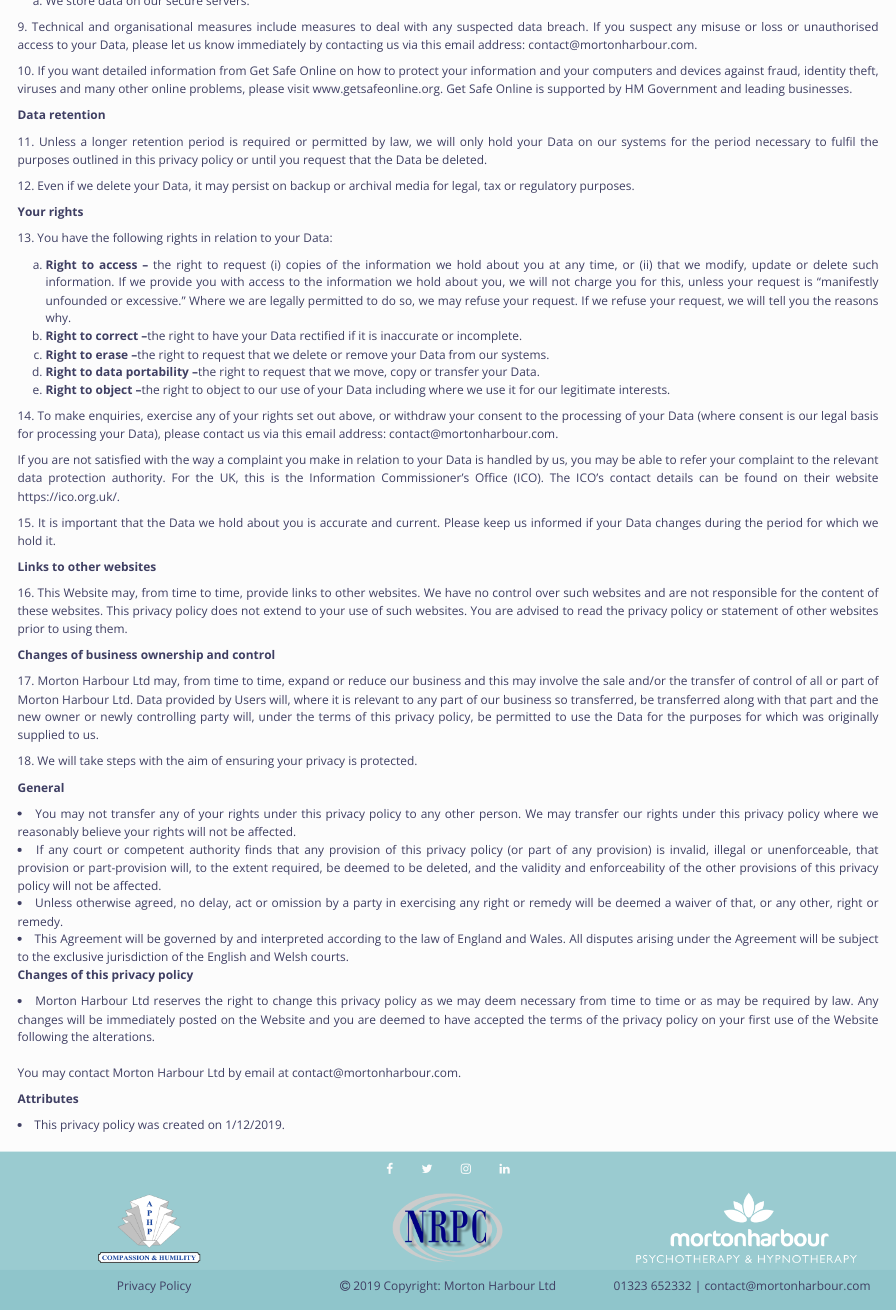
Repository: Code-Institute-Submissions/mortonharbour
Page: privacy_policy.html
The author's editor kept a record of every edit. The page is drawn from the files as they stood at one moment, then again after the next edit.
The browser window is 1280 px wide. The pictures show the part of the page from y = 1773 to 3693 px (the page is 3645 px tall before and 3693 px after), at 70% of full size.
Some web libraries are served in a nearby version.

Above is the page before.

### privacy_policy.html
<!DOCTYPE html>
<html lang="en">

<head>
    <meta charset="UTF-8">
    <meta name="viewport" content="width=device-width, initial-scale=1.0">
    <meta http-equiv="X-UA-Compatible" content="ie=edge">

    <!--Links to Bootstrap, JavaScript and FontAwesome cdn, customer style.css file-->
    <link rel="stylesheet" href="https://stackpath.bootstrapcdn.com/bootstrap/4.4.0/css/bootstrap.min.css" integrity="sha384-SI27wrMjH3ZZ89r4o+fGIJtnzkAnFs3E4qz9DIYioCQ5l9Rd/7UAa8DHcaL8jkWt" crossorigin="anonymous">
    <link rel="stylesheet" href="https://stackpath.bootstrapcdn.com/font-awesome/4.7.0/css/font-awesome.min.css" type="text/css" />
    <script src="https://code.jquery.com/jquery-3.2.1.slim.min.js" integrity="sha384-KJ3o2DKtIkvYIK3UENzmM7KCkRr/rE9/Qpg6aAZGJwFDMVNA/GpGFF93hXpG5KkN" crossorigin="anonymous"></script>
    <script src="https://cdnjs.cloudflare.com/ajax/libs/popper.js/1.11.0/umd/popper.min.js" integrity="sha384-b/U6ypiBEHpOf/4+1nzFpr53nxSS+GLCkfwBdFNTxtclqqenISfwAzpKaMNFNmj4" crossorigin="anonymous"></script>
    <script src="https://maxcdn.bootstrapcdn.com/bootstrap/4.0.0-beta/js/bootstrap.min.js" integrity="sha384-h0AbiXch4ZDo7tp9hKZ4TsHbi047NrKGLO3SEJAg45jXxnGIfYzk4Si90RDIqNm1" crossorigin="anonymous"></script>

    <link rel="stylesheet" href="assets/css/style.css" />

    <title>Privacy Policy</title>
</head>

<body>
    <header>
        <div class="container-fluid">
            <nav class="navbar navbar-expand-lg navbar-light">
                <a href="index.html" class="col-sm-4 logo"><span class="sr-only">Go to our home page</span></a>

                <button class="navbar-toggler" type="button" data-toggle="collapse" data-target="#navbarSupportedContent" aria-controls="navbarSupportedContent" aria-expanded="false" aria-label="Toggle navigation">
            <span class="navbar-toggler-icon"></span>
            </button>
                <div class="collapse navbar-collapse justify-content-end" id="navbarSupportedContent">
                    <ul class="navbar-nav">
                        <li class="nav-item active">
                            <a class="nav-link" href="index.html"><span class="sr-only">Go to our home page</span>Home</a>
                        </li>
                        <li class="nav-item active">
                            <a class="nav-link" href="about_us.html"><span class="sr-only">Learn more about us</span>About Us</a>
                        </li>
                        <li class="nav-item dropdown">
                            <a class="nav-link dropdown-toggle" href="therapy.html" id="navbarDropdown" role="button" data-toggle="dropdown" aria-haspopup="true" aria-expanded="false">
                          Therapy
                        </a>
                            <div class="dropdown-menu" aria-labelledby="navbarDropdown">
                                <a class="dropdown-item" href="psychotherapy.html"><span class="sr-only">Find out about psychotherapy we offer</span>Psychotherapy</a>
                                <a class="dropdown-item" href="hypnotherapy.html"><span class="sr-only">Find out about hypnotherapy we offer</span>Hypnotherapy</a>
                                <a class="dropdown-item" href="emergency_therapy.html"><span class="sr-only">Find out about the emergency appointments we can offer</span>Emergency Appointments</a>
                            </div>
                        </li>
                        <li class="nav-item active">
                            <a class="nav-link" href="testimonials.html"><span class="sr-only">Find out what our clients say</span>Testimonials</a>
                        </li>
                        <li class="nav-item active">
                            <a class="nav-link" href="1-in-4_blog.html"><span class="sr-only">1 in 4 Blog</span>1 in 4 Blog</a>
                        </li>
                        <li class="nav-item active">
                            <a class="nav-link" href="contact.html"><span class="sr-only">Contact Us</span>Contact</a>
                        </li>
                    </ul>
                </div>
                <span id="header-mobile"><a href="tel:#"><i class="fa fa-mobile" aria-hidden="true"></i>
                <span class="sr-only">Call us</span>07968 114 196</a>
                </span>
            </nav>
        </div>
    </header>

    <!--Privacy policy-->

    <section id="privacy-policy-wording">
        <h2>Privacy Policy</h2>
        <p>This privacy applies between you, the User of this Website and Morton Harbour Ltd, the owner and provider of this Website. Morton Harbour Ltd takes the privacy of your information very seriously. This privacy policy applies to our use of any and
            all Data collected by us or provided by you in relation to your use of the Website.</p>
        <p><small><b>Please read this privacy policy carefully.</b></small></p>
        <h4><b>Definitions and interpretation</b></h4>
        <p>1. In this privacy policy, the following definitions are used:</p>
        <table class="privacy-table">
            <tr>
                <td class="privacy-data">Data</td>
                <td class="privacy-data">Collectively all information that you submit to Morton Harbour Ltd via the Website. This definition incorporates, where applicable, the definitions provided in the Data Protection Laws;</td>
            </tr>
            <tr>
                <td class="privacy-data">Data Protection Laws</td>
                <td class="privacy-data">Any applicable law relating to the processing of personal Data, including but not limited to the Directive 96/46/EC (Data Protection Directive) or GDPR, and any national implementing laws, regulations and secondary legislation, for as
                    long as the GDPR is effective in the UK;</td>
            </tr>
            <tr>
                <td class="privacy-data">GDPR</td>
                <td class="privacy-data">The General Data Protection Regulation (EU) 2016/679;</td>
            </tr>
            <tr>
                <td class="privacy-data">We or us</td>
                <td class="privacy-data">Morton Harbour Ltd</td>
            </tr>
            <tr>
                <td class="privacy-data">User or you</td>
                <td class="privacy-data">Any third party that accesses the Website and is not either (i) employed by Morton Harbour Ltd and acting in the course of their employment or (ii) engaged as a consultant or otherwise providing services to Morton Harbour Ltd and accessing
                    the Website in connection with the provision of such services; and</td>
            </tr>
            <tr>
                <td class="privacy-data">Website</td>
                <td class="privacy-data">The website that you are currently using, <a href="index.html" class="privacy-policy-links"><span class="sr-only">Go to our home page</span>www.mortonharbour.com</a>, and any sub-domains of this site unless expressly excluded by their
                    own terms and conditions.</td>
            </tr>
        </table>
        <p>2. In this privacy policy, unless the context requires a different interpretation:</p>
        <ol type="a">
            <li>The singular includes the plural and vice versa;</li>
            <li>References to sub-clauses, clauses, schedules or appendices are sub-clauses, clauses, schedules or appendices of this privacy policy;</li>
            <li>A reference to a person includes firms, companies, government entities, trusts and partnerships;</li>
            <li>“including” is understood to mean “including without limitation”;</li>
            <li>Reference to any statutory provision includes any modification or amendment of it;</li>
            <li>The headings and sub-headings do not form part of this privacy policy.</li>
        </ol>
        <p><b>Scope of this privacy policy</b></p>
        <p>3. This privacy policy applies only to the actions of Morton Harbour Ltd, and users with respect to this Website. It does not extend to any websites that can be accessed from this Website, including, but not limited to, any links we may provide
            to social media websites.</p>
        <p>4. For purposes of the applicable Data Protection Laws, Morton Harbour Ltd is the “data controller”. This means that Morton Harbour Ltd determines the purposes for which, and the manner in which, your Data is processed.</p>
        <p><b>How we collect Data</b></p>
        <p>5. We collect Data in the following ways:</p>
        <ol type="a">
            <li>Data is given to us by you; and</li>
            <li>Data is collected automatically.</li>
        </ol>
        <p><b>Data that is given to us by you</b></p>
        <p>6. Morton Harbour Ltd will collect your Data in a number of ways, for example:</p>
        <ol type="a">
            <li>When you contact us through the Website, by telephone, email or through any other means; in each case, in accordance with this privacy policy.</li>
        </ol>
        <p><b>Data that is collected automatically</b></p>
        <p>7.  To the extent that you access the Website, we will collect your Data automatically, for example:</p>
        <ol type="a">
            <li>We automatically collect some information about your visit to the Website. This information helps us to make improvements to Website content and navigation, and includes your IP address, the date, times and frequency with which you access
                the Website and the way you use and interact with its content.</li>
        </ol>
        <p><b>Keeping Data secure</b></p>
        <p>8. We will use technical and organisational measures to safeguard your Data, for example:</p>
        <ol type="a">
            <li>We store data on our secure servers.</li>
        </ol>
        <p>9. Technical and organisational measures include measures to deal with any suspected data breach. If you suspect any misuse or loss or unauthorised access to your Data, please let us know immediately by contacting us via this email address:
            <a href="mailto:#" class="privacy-policy-links">contact@mortonharbour.com<span class="sr-only">Email us</span></a>.</p>
        <p>10. If you want detailed information from Get Safe Online on how to protect your information and your computers and devices against fraud, identity theft, viruses and many other online problems, please visit <a href="https://www.getsafeonline.org"
                target="_blank" class="privacy-policy-links">www.getsafeonline.org<span class="sr-only">Get Safe Online Website</span></a>. Get Safe Online is supported by HM Government and leading businesses.</p>
        <p><b>Data retention</b></p>
        <p>11. Unless a longer retention period is required or permitted by law, we will only hold your Data on our systems for the period necessary to fulfil the purposes outlined in this privacy policy or until you request that the Data be deleted.</p>
        <p>12. Even if we delete your Data, it may persist on backup or archival media for legal, tax or regulatory purposes.</p>
        <p><b>Your rights</b></p>
        <p>13. You have the following rights in relation to your Data:</p>
        <ol type="a">
            <li><b>Right to access –</b> the right to request (i) copies of the information we hold about you at any time, or (ii) that we modify, update or delete such information. If we provide you with access to the information we hold about you, we will
                not charge you for this, unless your request is “manifestly unfounded or excessive.” Where we are legally permitted to do so, we may refuse your request. If we refuse your request, we will tell you the reasons why.</li>
            <li><b>Right to correct –</b>the right to have your Data rectified if it is inaccurate or incomplete.</li>
            <li><b>Right to erase –</b>the right to request that we delete or remove your Data from our systems.</li>
            <li><b>Right to data portability –</b>the right to request that we move, copy or transfer your Data.</li>
            <li><b>Right to object –</b>the right to object to our use of your Data including where we use it for our legitimate interests.</li>
        </ol>
        <p>14. To make enquiries, exercise any of your rights set out above, or withdraw your consent to the processing of your Data (where consent is our legal basis for processing your Data), please contact us via this email address: contact@mortonharbour.com.</p>
        <p>If you are not satisfied with the way a complaint you make in relation to your Data is handled by us, you may be able to refer your complaint to the relevant data protection authority. For the UK, this is the Information Commissioner’s Office
            (ICO). The ICO’s contact details can be found on their website https://ico.org.uk/.</p>
        <p>15. It is important that the Data we hold about you is accurate and current. Please keep us informed if your Data changes during the period for which we hold it.</p>
        <p><b>Links to other websites</b></p>
        <p>16. This Website may, from time to time, provide links to other websites. We have no control over such websites and are not responsible for the content of these websites. This privacy policy does not extend to your use of such websites. You are advised
            to read the privacy policy or statement of other websites prior to using them.</p>
        <p><b>Changes of business ownership and control</b></p>
        <p>17. Morton Harbour Ltd may, from time to time, expand or reduce our business and this may involve the sale and/or the transfer of control of all or part of Morton Harbour Ltd. Data provided by Users will, where it is relevant to any part of our business
            so transferred, be transferred along with that part and the new owner or newly controlling party will, under the terms of this privacy policy, be permitted to use the Data for the purposes for which was originally supplied to us.</p>
        <p>18.  We will take steps with the aim of ensuring your privacy is protected.</p>
        <p><b>General</b></p>
        <li>You may not transfer any of your rights under this privacy policy to any other person. We may transfer our rights under this privacy policy where we reasonably believe your rights will not be affected.</li>
        <li>If any court or competent authority finds that any provision of this privacy policy (or part of any provision) is invalid, illegal or unenforceable, that provision or part-provision will, to the extent required, be deemed to be deleted, and the
            validity and enforceability of the other provisions of this privacy policy will not be affected.</li>
        <li>Unless otherwise agreed, no delay, act or omission by a party in exercising any right or remedy will be deemed a waiver of that, or any other, right or remedy.</li>
        <li>This Agreement will be governed by and interpreted according to the law of England and Wales. All disputes arising under the Agreement will be subject to the exclusive jurisdiction of the English and Welsh courts.</li>
        <p><b>Changes of this privacy policy</b></p>
        <li>Morton Harbour Ltd reserves the right to change this privacy policy as we may deem necessary from time to time or as may be required by law. Any changes will be immediately posted on the Website and you are deemed to have accepted the terms of
            the privacy policy on your first use of the Website following the alterations.</li><br>
        <p>You may contact Morton Harbour Ltd by email at <a href="mailto:#" class="privacy-policy-links">contact@mortonharbour.com</a><span class="sr-only">Email us</span>.</p>
        <p><b>Attributes</b></p>
        <li>This privacy policy was created on 1/12/2019.</li>
        </ol>
    </section>

    <!--Privacy policy-->

    <footer class="container-fluid">
        <div class="row">
            <div class="col-sm-12">
                <ul class="list-inline text-center social-media-icons">
                    <li class="list-inline-item">
                        <a target="_blank" href="https://www.facebook.com/MortonHarbour/">
                            <i class="fa fa-facebook" aria-hidden="true"></i>
                            <span class="sr-only">Facebook opens in a new window</span>
                        </a>
                    </li>
                    <li class="list-inline-item">
                        <a target="_blank" href="https://twitter.com/mortonharbour">
                            <i class="fa fa-twitter" aria-hidden="true"></i>
                            <span class="sr-only">Twitter opens in a new window</span>
                        </a>
                    </li>
                    <li class="list-inline-item">
                        <a target="_blank" href="https://www.instagram.com/morton_harbour/">
                            <i class="fa fa-instagram" aria-hidden="true"></i>
                            <span class="sr-only">Instagram opens in a new window</span>
                        </a>
                    </li>
                    <li class="list-inline-item">
                        <a target="_blank" href="https://www.linkedin.com/in/magda-harbour-maphp-51b590b4/">
                            <i class="fa fa-linkedin" aria-hidden="true"></i>
                            <span class="sr-only">LinkedIn opens in a new window></span>
                        </a>
                    </li>
                </ul>
            </div>
        </div>
        <div class="row">
            <a href="https://www.aphp.co.uk/" target="_blank" class="col-sm-4 aphp-logo">
                <span class="sr-only">Visit the APHP website, opens in new window</span>
            </a>
            <a href="https://www.nrpc.co.uk/" target="_blank" class="col-sm-4 nrpc-logo">
                <span class="sr-only">Visit the NRPC website, opens in new window</span>
            </a>
            <a href="index.html" class="col-sm-4 footer-logo">
                <span class="sr-only">Go to our home page</span>
            </a>
        </div>
        <div class="row footer-end">
            <div class="col-sm-4 text-center footer-end-item">
                <a href="privacy_policy.html" target="_blank"><span class="sr-only">Please read our privacy policy, opens in new window</span>Privacy Policy</a>
            </div>
            <div class="col-sm-4 text-center">
                <p><i class="fa fa-copyright" aria-hidden="true"></i> 2019 Copyright: Morton Harbour Ltd</p>
            </div>
            <div class="div col-sm-4 text-center footer-end-item">
                <address><a href="tel:+01323652332">01323 652332 | <span class="sr-only">contact number</span></a><a href="mailto:#">contact@mortonharbour.com
                    <span class="sr-only">email address</span>
                </a>
                </address>
            </div>
        </div>
    </footer>
</body>

</html>

Loaded but not shown: assets/css/style.css (596 lines, source omitted)

After the next edit:
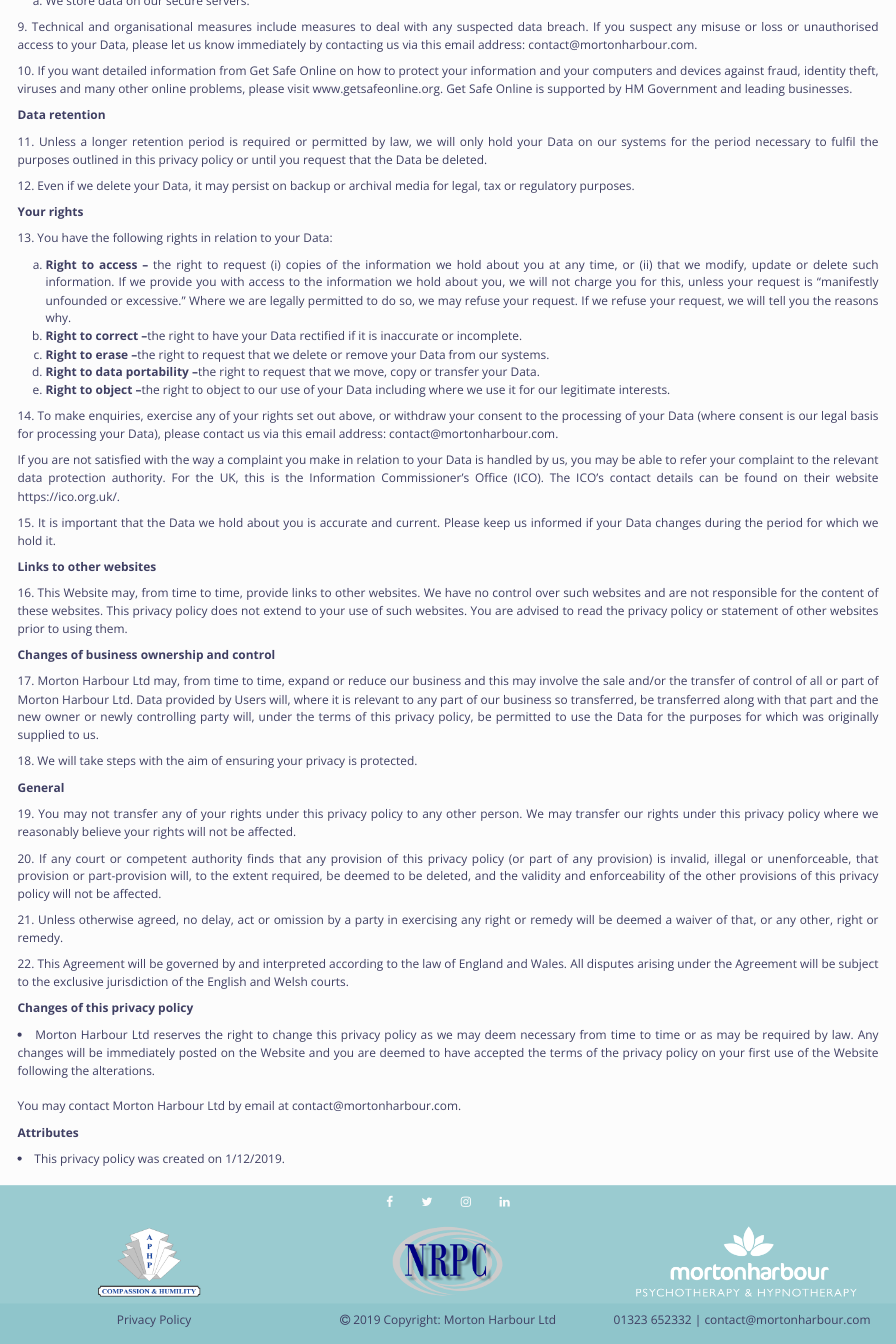
The edit:
--- a/privacy_policy.html
+++ b/privacy_policy.html
@@ -165,11 +165,11 @@
             so transferred, be transferred along with that part and the new owner or newly controlling party will, under the terms of this privacy policy, be permitted to use the Data for the purposes for which was originally supplied to us.</p>
         <p>18.  We will take steps with the aim of ensuring your privacy is protected.</p>
         <p><b>General</b></p>
-        <li>You may not transfer any of your rights under this privacy policy to any other person. We may transfer our rights under this privacy policy where we reasonably believe your rights will not be affected.</li>
-        <li>If any court or competent authority finds that any provision of this privacy policy (or part of any provision) is invalid, illegal or unenforceable, that provision or part-provision will, to the extent required, be deemed to be deleted, and the
-            validity and enforceability of the other provisions of this privacy policy will not be affected.</li>
-        <li>Unless otherwise agreed, no delay, act or omission by a party in exercising any right or remedy will be deemed a waiver of that, or any other, right or remedy.</li>
-        <li>This Agreement will be governed by and interpreted according to the law of England and Wales. All disputes arising under the Agreement will be subject to the exclusive jurisdiction of the English and Welsh courts.</li>
+        <p>19. You may not transfer any of your rights under this privacy policy to any other person. We may transfer our rights under this privacy policy where we reasonably believe your rights will not be affected.</p>
+        <p>20. If any court or competent authority finds that any provision of this privacy policy (or part of any provision) is invalid, illegal or unenforceable, that provision or part-provision will, to the extent required, be deemed to be deleted, and the
+            validity and enforceability of the other provisions of this privacy policy will not be affected.</p>
+        <p>21. Unless otherwise agreed, no delay, act or omission by a party in exercising any right or remedy will be deemed a waiver of that, or any other, right or remedy.</p>
+        <p>22. This Agreement will be governed by and interpreted according to the law of England and Wales. All disputes arising under the Agreement will be subject to the exclusive jurisdiction of the English and Welsh courts.</p>
         <p><b>Changes of this privacy policy</b></p>
         <li>Morton Harbour Ltd reserves the right to change this privacy policy as we may deem necessary from time to time or as may be required by law. Any changes will be immediately posted on the Website and you are deemed to have accepted the terms of
             the privacy policy on your first use of the Website following the alterations.</li><br>
